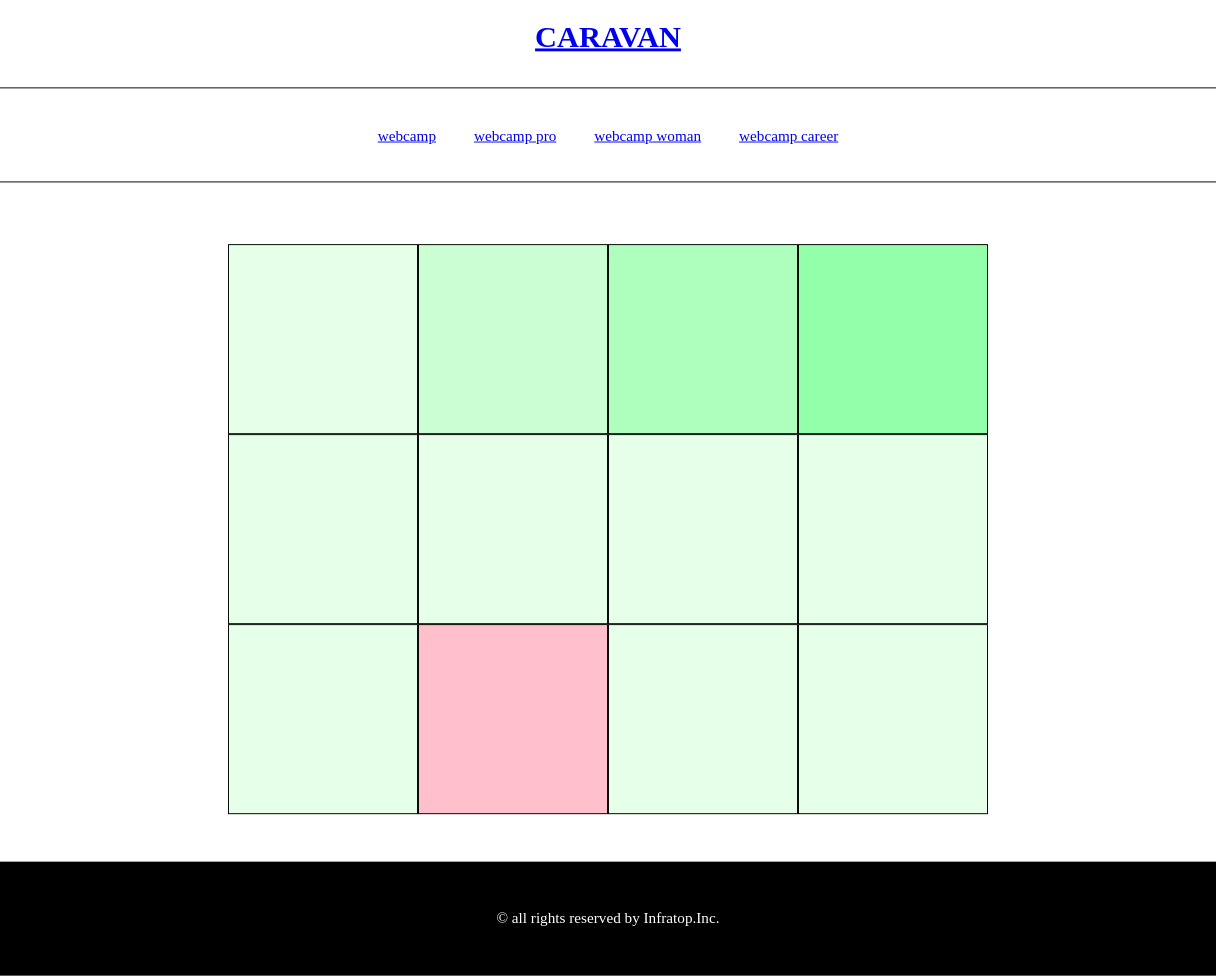
Repository: yukito7878/HTML-CSS-practice
Page: caravan/index5.html
The author's editor kept a record of every edit. The page is drawn from the files as they stood at one moment, then again after the next edit.
The browser window is 1280 px wide. The pictures show the whole page, at 95% of full size.

Above is the page before.

After the next edit:
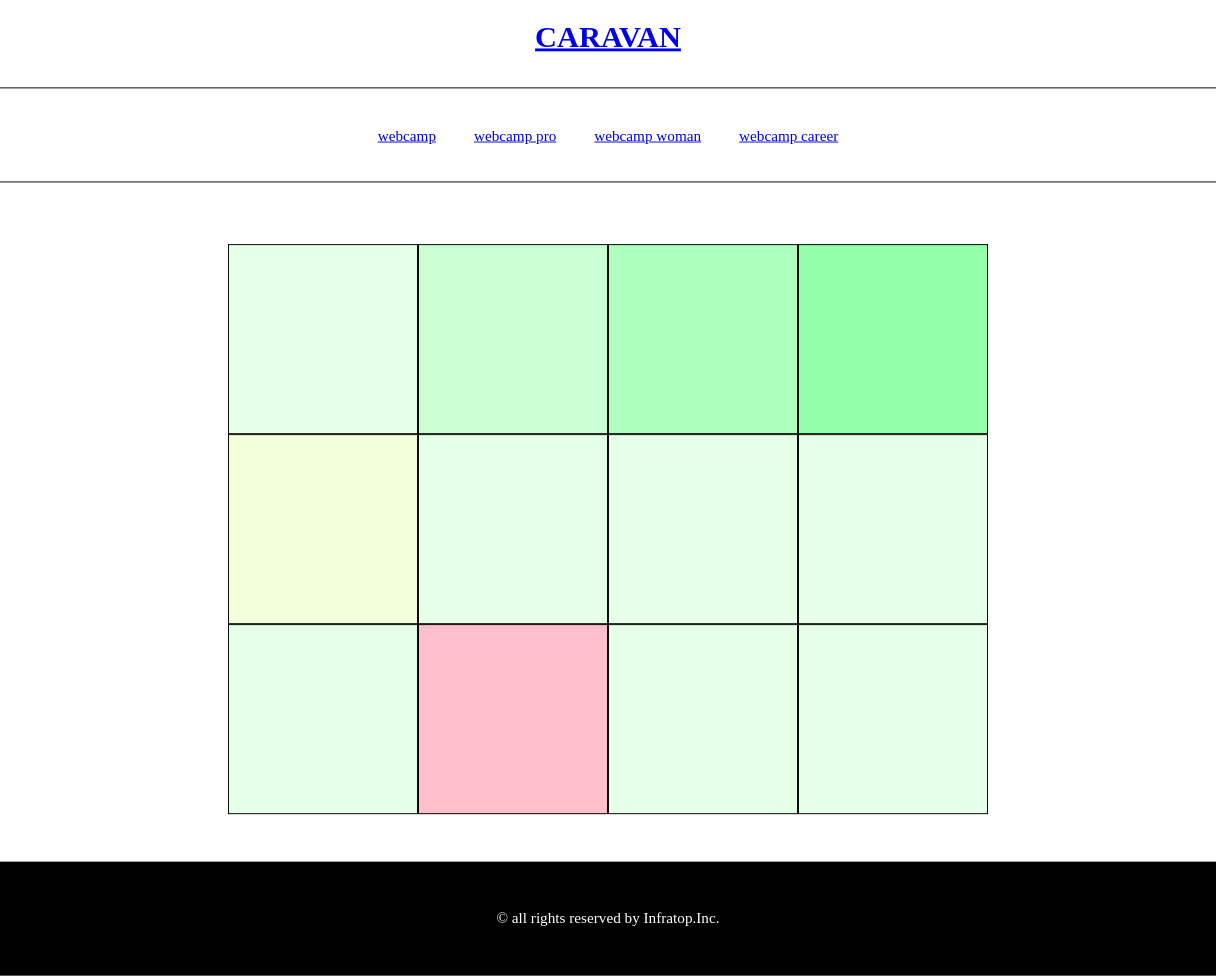
The edit:
--- a/caravan/style5.css
+++ b/caravan/style5.css
@@ -68,7 +68,7 @@
   background-color: #93ffab;
 }
 .row1column0{
-  background-color: #e6ffe9;
+  background-color: #f3ffd8;
 }
 .row1column1{
   background-color: #e6ffe9;
